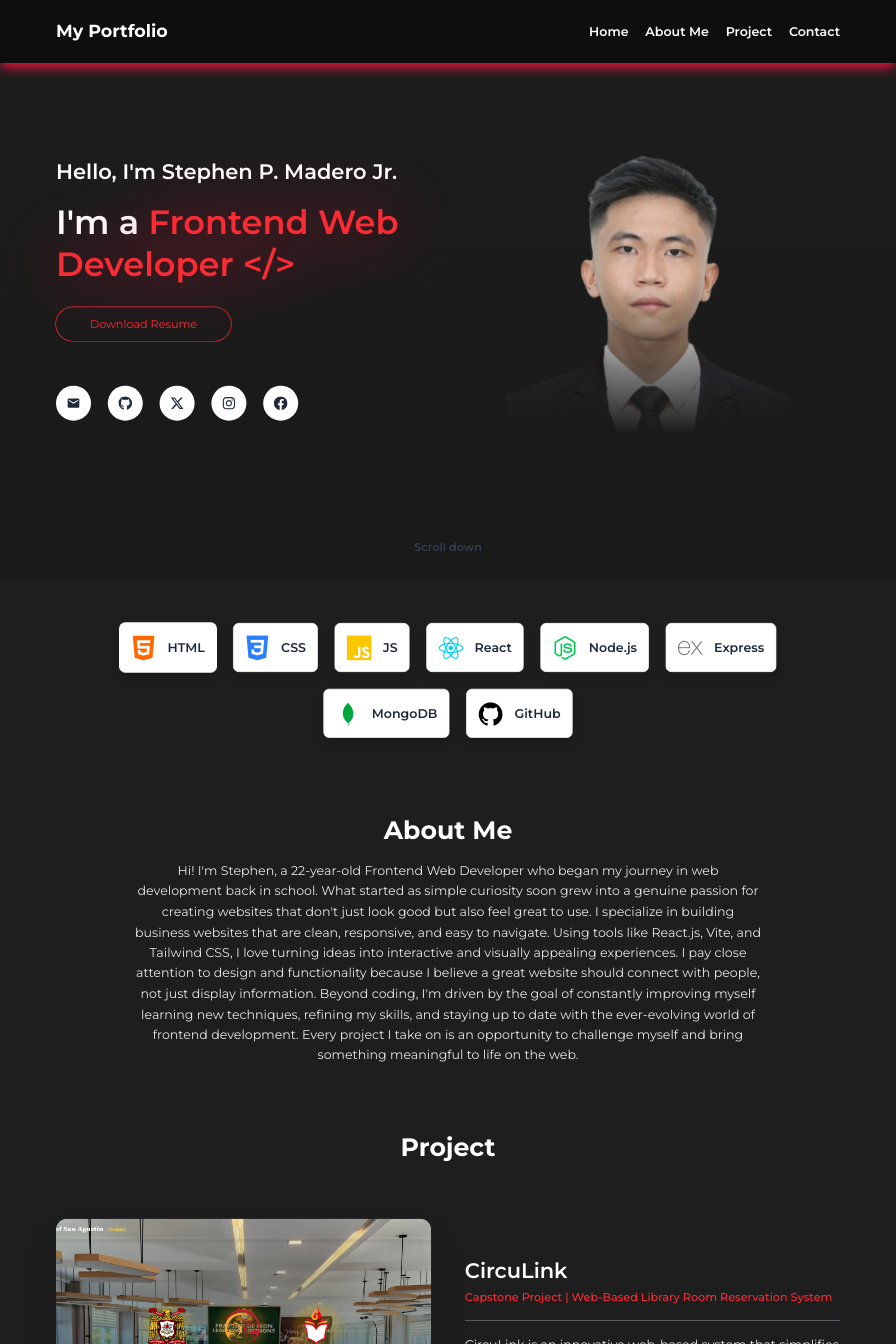
Repository: KaguyaKawaii/portfolio
Page: / (app in frontend/)
An editor plug-in stored every save of this project. The page is shown before and after the next save, followed by the edit.
The browser window is 1280 px wide. The pictures show the part of the page from y = 0 to 1920 px (the page is 2611 px tall), at 70% of full size.
Some web libraries are served in a nearby version. The project was rebuilt for these pictures with package versions that can differ from the ones it lists, and the page was loaded fresh each time. Also part of the build but not shown: frontend/vite.config.js.

Above is the page before, as saved 2025-10-30 14:01:08.

### frontend/src/main.jsx
import { StrictMode } from 'react'
import { createRoot } from 'react-dom/client'
import './index.css'
import App from './App.jsx'
import "devicon/devicon.min.css";



createRoot(document.getElementById('root')).render(
  <StrictMode>
    <App />
  </StrictMode>,
)

### frontend/src/index.css
/* ✅ 1️⃣ Google Fonts first */
@import url('https://fonts.googleapis.com/css2?family=Montserrat:wght@400;500;600;700&display=swap');

/* ✅ 2️⃣ Then Tailwind (only once) */
@import "tailwindcss";

/* ✅ 3️⃣ Optional: your own CSS rules */
body {
  font-family: 'Montserrat', sans-serif;
}

html {
  scroll-behavior: smooth;
}

### frontend/src/App.jsx
import { useState } from 'react'
import pic from './assets/image.png'
import project from './assets/project.png'
import project2 from './assets/project2.png'
import { FaGithub, FaInstagram, FaFacebook } from "react-icons/fa";
import { FaXTwitter } from "react-icons/fa6";
import { MdEmail } from "react-icons/md";


function App() {
  const [isMobileMenuOpen, setIsMobileMenuOpen] = useState(false);

  return (
    <>
      <header className='bg-[#0F0E0E] h-[70px] md:h-[90px] w-full shadow-lg shadow-[#dc143c] fixed top-0 z-50'>
        <div className='flex justify-between items-center h-full text-white px-4 md:px-8 lg:px-20'>
          <h1 className='font-bold font-montserrat text-[20px] md:text-[25px]'>My Portfolio</h1>

          {/* Desktop Navigation */}
          <div className='hidden md:flex font-montserrat gap-4 lg:gap-6 font-semibold text-[16px] lg:text-[18px]'>
            <button
              onClick={() => {
                document.getElementById("home").scrollIntoView({ behavior: 'smooth' });
              }}
              className="hover:text-red-500 duration-300 cursor-pointer"
            >
              <p>Home</p>
            </button>

            <button
              onClick={() => {
                document.getElementById("about").scrollIntoView({ behavior: 'smooth' });
              }}
              className="hover:text-red-500 duration-300 cursor-pointer"
            >
              <p>About Me</p>
            </button>

            <button
              onClick={() => {
                document.getElementById("project").scrollIntoView({ behavior: 'smooth' });
              }}
              className="hover:text-red-500 duration-300 cursor-pointer"
            >
              <p>Project</p>
            </button>

            <button
              onClick={() => {
                document.getElementById("contact").scrollIntoView({ behavior: 'smooth' });
              }}
              className="hover:text-red-500 duration-300 cursor-pointer"
            >
              <p>Contact</p>
            </button>
          </div>

          {/* Mobile Menu Button */}
          <div className='md:hidden'>
            <button
              className='text-white text-2xl'
              onClick={() => setIsMobileMenuOpen(!isMobileMenuOpen)}
            >
              ☰
            </button>
          </div>
        </div>

        {/* Mobile Menu */}
        {isMobileMenuOpen && (
          <div className='md:hidden bg-[#0F0E0E] absolute top-full left-0 w-full shadow-lg'>
            <div className='flex flex-col items-center py-4 gap-4 font-montserrat font-semibold'>
              <button
                onClick={() => {
                  document.getElementById("home").scrollIntoView({ behavior: 'smooth' });
                  setIsMobileMenuOpen(false);
                }}
                className="hover:text-red-500 text-white duration-300 cursor-pointer py-2"
              >
                <p>Home</p>
              </button>

              <button
                onClick={() => {
                  document.getElementById("about").scrollIntoView({ behavior: 'smooth' });
                  setIsMobileMenuOpen(false);
                }}
                className="hover:text-red-500 text-white duration-300 cursor-pointer py-2"
              >
                <p>About Me</p>
              </button>

              <button
                onClick={() => {
                  document.getElementById("project").scrollIntoView({ behavior: 'smooth' });
                  setIsMobileMenuOpen(false);
                }}
                className="hover:text-red-500 text-white duration-300 cursor-pointer py-2"
              >
                <p>Project</p>
              </button>

              <button
                onClick={() => {
                  document.getElementById("contact").scrollIntoView({ behavior: 'smooth' });
                  setIsMobileMenuOpen(false);
                }}
                className="hover:text-red-500 text-white duration-300 cursor-pointer py-2"
              >
                <p>Contact</p>
              </button>
            </div>
          </div>
        )}
      </header>

      <main className='bg-linear-180 from-[#1E1E1E] to-[#0F0E0E] min-h-screen text-white pt-[70px] md:pt-[90px]'>
        <div id='home' className='flex flex-col lg:flex-row justify-between items-center min-h-[90vh] px-4 md:px-8 lg:px-20 py-8 lg:py-0 gap-8 lg:gap-4'>
          <div className='text-center lg:text-left w-full lg:w-1/2'>
            <div className='text-xl md:text-2xl lg:text-3xl'>
              <h1 className='font-semibold'>Hello, I'm Stephen P. Madero Jr.</h1>
            </div>
            <div className='mt-4 md:mt-6 animate-fade-in'>
              <p className='font-semibold text-2xl md:text-4xl lg:text-5xl leading-tight'>
                I'm a <span className="drop-shadow-[0_0_50px_#dc143c] text-red-500 animate-pulse">Frontend Web Developer &lt;/&gt;</span>
              </p>

              <div className='my-6 md:my-8'>
                <button className='ring-1 ring-red-500 text-red-500 rounded-3xl w-full md:w-[250px] p-3 text-center hover:text-gray-800 hover:bg-white hover:ring-gray-800 transition-all duration-300 cursor-pointer hover:font-semibold mx-auto lg:mx-0'>
                  Download Resume
                </button>
              </div>

              <div className='flex justify-center lg:justify-start gap-4 md:gap-6 pt-4 md:pt-8'>
                {/* Email */}
                <a
                  href="mailto:stephenpatingomadero@gmail.com"
                  className="text-gray-800 hover:text-red-600 transition bg-white rounded-full p-3 w-[45px] h-[45px] md:w-[50px] md:h-[50px] text-lg md:text-xl flex justify-center items-center hover:scale-110"
                >
                  <MdEmail />
                </a>

                {/* GitHub */}
                <a
                  href="https://github.com/KaguyaKawaii"
                  target="_blank"
                  rel="noopener noreferrer"
                  className="text-gray-800 hover:text-red-600 transition bg-white rounded-full p-3 w-[45px] h-[45px] md:w-[50px] md:h-[50px] text-lg md:text-xl flex justify-center items-center hover:scale-110"
                >
                  <FaGithub />
                </a>

                {/* Twitter */}
                <a
                  href="https://x.com/callmekaguyaaa"
                  target="_blank"
                  rel="noopener noreferrer"
                  className="text-gray-800 hover:text-red-600 transition bg-white rounded-full p-3 w-[45px] h-[45px] md:w-[50px] md:h-[50px] text-lg md:text-xl flex justify-center items-center hover:scale-110"
                >
                  <FaXTwitter />
                </a>

                {/* Instagram */}
                <a
                  href="https://www.instagram.com/kaguya.kawaii/"
                  target="_blank"
                  rel="noopener noreferrer"
                  className="text-gray-800 hover:text-red-600 transition bg-white rounded-full p-3 w-[45px] h-[45px] md:w-[50px] md:h-[50px] text-lg md:text-xl flex justify-center items-center hover:scale-110"
                >
                  <FaInstagram />
                </a>

                {/* Facebook */}
                <a
                  href="#"
                  className="text-gray-800 hover:text-red-600 transition bg-white rounded-full p-3 w-[45px] h-[45px] md:w-[50px] md:h-[50px] text-lg md:text-xl flex justify-center items-center hover:scale-110"
                >
                  <FaFacebook />
                </a>
              </div>
            </div>
          </div>

          <div className='w-full lg:w-1/2 flex justify-center'>
            <div className='w-4/5 md:w-3/5 lg:w-4/5 xl:w-3/4'>
              <img
                src={pic}
                alt="profile"
                className="w-full h-auto object-cover rounded-4xl"
                style={{
                  maskImage: "linear-gradient(to bottom, black 50%, transparent 100%)",
                  WebkitMaskImage: "linear-gradient(to bottom, black 50%, transparent 100%)",
                }}
              />
            </div>
          </div>
        </div>

        <div className='flex justify-center items-center text-gray-700 text-sm md:text-base font-montserrat font-semibold animate-pulse w-full py-4 md:py-8'>
          Scroll down
        </div>

        {/* Skills Section */}
        <div className='w-full pt-8 md:pt-16 pb-8 md:pb-16 bg-[#1E1E1E] px-4 md:px-8 lg:px-20'>
          <div className='flex gap-3 md:gap-4 lg:gap-6 justify-center items-center min-h-[10vh] font-semibold text-lg md:text-2xl lg:text-3xl text-white'>
            <div className="flex flex-wrap gap-3 md:gap-4 lg:gap-6 justify-center">
              <div className="flex flex-wrap gap-3 md:gap-4 lg:gap-6 justify-center text-white">
                {/* HTML5 */}
                <div className="flex items-center hover:scale-110 transition-all ring-1 hover:ring-red-100 rounded-lg p-2 md:p-3 lg:p-4 gap-2 md:gap-3 lg:gap-4 bg-white shadow-lg hover:shadow-red-500 duration-500">
                  <i className="devicon-html5-plain text-orange-500 text-2xl md:text-3xl lg:text-4xl"></i>
                  <p className='text-sm md:text-base lg:text-lg text-gray-800 font-semibold'>HTML</p>
                </div>

                {/* CSS3 */}
                <div className="flex items-center hover:scale-110 transition-transform border rounded-lg p-2 md:p-3 lg:p-4 gap-2 md:gap-3 lg:gap-4 bg-white shadow-lg hover:shadow-red-500 duration-500">
                  <i className="devicon-css3-plain text-blue-500 text-2xl md:text-3xl lg:text-4xl"></i>
                  <p className='text-sm md:text-base lg:text-lg text-gray-800 font-semibold'>CSS</p>
                </div>

                {/* JavaScript */}
                <div className="flex items-center hover:scale-110 transition-transform border rounded-lg p-2 md:p-3 lg:p-4 gap-2 md:gap-3 lg:gap-4 bg-white shadow-lg hover:shadow-red-500 duration-500">
                  <i className="devicon-javascript-plain text-yellow-400 text-2xl md:text-3xl lg:text-4xl"></i>
                  <p className='text-sm md:text-base lg:text-lg text-gray-800 font-semibold'>JS</p>
                </div>

                {/* React.js */}
                <div className="flex items-center hover:scale-110 transition-transform border rounded-lg p-2 md:p-3 lg:p-4 gap-2 md:gap-3 lg:gap-4 bg-white shadow-lg hover:shadow-red-500 duration-500">
                  <i className="devicon-react-original text-cyan-400 text-2xl md:text-3xl lg:text-4xl"></i>
                  <p className='text-sm md:text-base lg:text-lg text-gray-800 font-semibold'>React</p>
                </div>

                {/* Node.js */}
                <div className="flex items-center hover:scale-110 transition-transform border rounded-lg p-2 md:p-3 lg:p-4 gap-2 md:gap-3 lg:gap-4 bg-white shadow-lg hover:shadow-red-500 duration-500">
                  <i className="devicon-nodejs-plain text-green-500 text-2xl md:text-3xl lg:text-4xl"></i>
                  <p className='text-sm md:text-base lg:text-lg text-gray-800 font-semibold'>Node.js</p>
                </div>

                {/* Express.js */}
                <div className="flex items-center hover:scale-110 transition-transform border rounded-lg p-2 md:p-3 lg:p-4 gap-2 md:gap-3 lg:gap-4 bg-white shadow-lg hover:shadow-red-500 duration-500">
                  <i className="devicon-express-original text-gray-500 text-2xl md:text-3xl lg:text-4xl"></i>
                  <p className='text-sm md:text-base lg:text-lg text-gray-800 font-semibold'>Express</p>
                </div>

                {/* MongoDB */}
                <div className="flex items-center hover:scale-110 transition-transform border rounded-lg p-2 md:p-3 lg:p-4 gap-2 md:gap-3 lg:gap-4 bg-white shadow-lg hover:shadow-red-500 duration-500">
                  <i className="devicon-mongodb-plain text-green-600 text-2xl md:text-3xl lg:text-4xl"></i>
                  <p className='text-sm md:text-base lg:text-lg text-gray-800 font-semibold'>MongoDB</p>
                </div>

                {/* GitHub */}
                <div className="flex items-center hover:scale-110 transition-transform border rounded-lg p-2 md:p-3 lg:p-4 gap-2 md:gap-3 lg:gap-4 bg-white shadow-lg hover:shadow-red-500 duration-500">
                  <i className="devicon-github-original text-black text-2xl md:text-3xl lg:text-4xl"></i>
                  <p className='text-sm md:text-base lg:text-lg text-gray-800 font-semibold'>GitHub</p>
                </div>
              </div>
            </div>
          </div>
        </div>

        {/* About Section */}
        <div id='about' className='w-full pt-8 md:pt-12 pb-8 md:pb-12 bg-[#1E1E1E] px-4 md:px-8 lg:px-20'>
          <h1 className='text-white font-montserrat text-2xl md:text-3xl lg:text-4xl font-bold text-center'>About Me</h1>
          <p className='text-gray-200 font-montserrat text-center mt-4 md:mt-6 mx-auto leading-relaxed text-sm md:text-base lg:text-lg max-w-4xl'>
            Hi! I'm Stephen, a 22-year-old Frontend Web Developer who began my journey in web development back in school. What started as simple curiosity soon grew into a genuine passion for creating websites that don't just look good but also feel great to use.

            I specialize in building business websites that are clean, responsive, and easy to navigate. Using tools like React.js, Vite, and Tailwind CSS, I love turning ideas into interactive and visually appealing experiences. I pay close attention to design and functionality because I believe a great website should connect with people, not just display information.

            Beyond coding, I'm driven by the goal of constantly improving myself learning new techniques, refining my skills, and staying up to date with the ever-evolving world of frontend development. Every project I take on is an opportunity to challenge myself and bring something meaningful to life on the web.
          </p>
        </div>

        {/* Project Section */}
        <div id='project' className='w-full pt-8 md:pt-12 pb-8 md:pb-12 bg-[#1E1E1E] px-4 md:px-8 lg:px-20'>
          <h1 className='text-white font-montserrat text-2xl md:text-3xl lg:text-4xl font-bold text-center'>Project</h1>

          <div className='flex flex-col mt-6 md:mt-8'>
            <div className='flex flex-col lg:flex-row items-center justify-between min-h-[400px] md:min-h-[500px] gap-6 md:gap-8 lg:gap-12'>

              <div className='w-full lg:w-1/2'>
                <a className='block' href="https://circulink-beta-testing.vercel.app/" target="_blank" rel="noopener noreferrer">
                  <img
                    src={project}
                    className='rounded-2xl shadow-2xl hover:shadow-red-800 transition-all duration-500 hover:scale-105 w-full h-[250px] md:h-[350px] lg:h-[400px] object-cover'
                    alt="CircuLink Project"
                  />
                </a>
              </div>

              <div className='text-center lg:text-left w-full lg:w-1/2'>
                <h1 className='text-xl md:text-2xl lg:text-3xl font-semibold'>CircuLink</h1>
                <p className="text-red-500 font-medium text-sm md:text-base mt-2">Capstone Project | Web-Based Library Room Reservation System</p>
                <div className='border-b my-4 md:my-5 border-gray-500'></div>
                <p className="text-gray-200 text-sm md:text-base lg:text-lg leading-relaxed">
                  CircuLink is an innovative web-based system that simplifies how library rooms are reserved and managed.
                  Built with a focus on accessibility and efficiency, it enables students and faculty to book rooms effortlessly,
                  view real-time schedules, and receive instant updates ensuring a smooth and organized reservation experience for everyone.
                </p>
              </div>
            </div>
          </div>
        </div>

        {/* Contact Section */}
        <div id="contact" className="min-h-[40vh] flex flex-col items-center justify-center bg-[#0F0E0E] text-white text-center px-4 md:px-8 py-12 md:py-16">
          <h2 className="text-xl md:text-2xl lg:text-3xl font-bold mb-6 md:mb-8">Contact Me</h2>
          <div className='flex flex-wrap justify-center gap-3 md:gap-4 lg:gap-6 mb-6 md:mb-8'>
            <button
              onClick={() => {
                document.getElementById("home").scrollIntoView({ behavior: 'smooth' });
              }}
              className="hover:text-red-500 duration-300 cursor-pointer text-sm md:text-base"
            >
              <p>Home</p>
            </button>

            <button
              onClick={() => {
                document.getElementById("about").scrollIntoView({ behavior: 'smooth' });
              }}
              className="hover:text-red-500 duration-300 cursor-pointer text-sm md:text-base"
            >
              <p>About Me</p>
            </button>

            <button
              onClick={() => {
                document.getElementById("project").scrollIntoView({ behavior: 'smooth' });
              }}
              className="hover:text-red-500 duration-300 cursor-pointer text-sm md:text-base"
            >
              <p>Project</p>
            </button>

            <button
              onClick={() => {
                document.getElementById("contact").scrollIntoView({ behavior: 'smooth' });
              }}
              className="hover:text-red-500 duration-300 cursor-pointer text-sm md:text-base"
            >
              <p>Contact</p>
            </button>
          </div>

          <div className="flex justify-center gap-4 md:gap-6 text-xl md:text-2xl lg:text-3xl mb-6 md:mb-8">
            <a
              href="mailto:stephenpatingomadero@gmail.com"
              className="hover:text-[#dc143c] transition hover:scale-110"
            >
              <MdEmail />
            </a>

            <a
              href="https://github.com/KaguyaKawaii"
              target="_blank"
              rel="noopener noreferrer"
              className="hover:text-[#dc143c] transition hover:scale-110"
            >
              <FaGithub />
            </a>

            <a
              href="https://x.com/callmekaguyaaa"
              target="_blank"
              rel="noopener noreferrer"
              className="hover:text-[#dc143c] transition hover:scale-110"
            >
              <FaXTwitter />
            </a>

            <a
              href="https://www.instagram.com/kaguya.kawaii/"
              target="_blank"
              rel="noopener noreferrer"
              className="hover:text-[#dc143c] transition hover:scale-110"
            >
              <FaInstagram />
            </a>

            <a
              href="#"
              target="_blank"
              rel="noopener noreferrer"
              className="hover:text-[#dc143c] transition hover:scale-110"
            >
              <FaFacebook />
            </a>
          </div>

          <div className='border-t-2 w-full border-gray-900 pt-6 md:pt-8'>
            <p className="text-gray-500 text-sm md:text-base">© 2025 Stephen P. Madero Jr. All rights reserved.</p>
          </div>
        </div>
      </main>
    </>
  )
}

export default App

Loaded but not shown: frontend/index.html (common file)

After the next save:
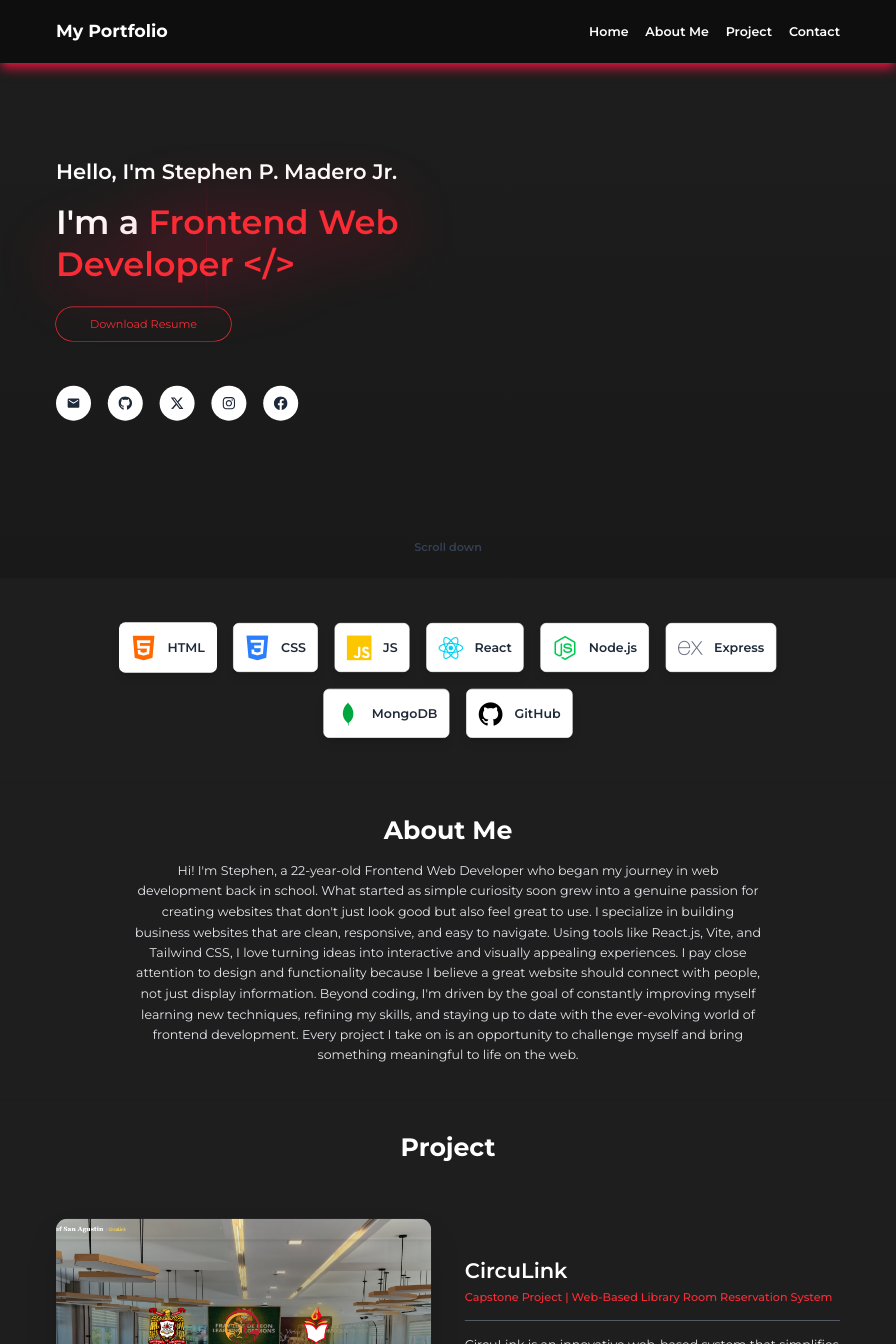
Saved 18 s later.
--- a/frontend/src/App.jsx
+++ b/frontend/src/App.jsx
@@ -181,19 +181,7 @@
             </div>
           </div>
 
-          <div className='w-full lg:w-1/2 flex justify-center'>
-            <div className='w-4/5 md:w-3/5 lg:w-4/5 xl:w-3/4'>
-              <img
-                src={pic}
-                alt="profile"
-                className="w-full h-auto object-cover rounded-4xl"
-                style={{
-                  maskImage: "linear-gradient(to bottom, black 50%, transparent 100%)",
-                  WebkitMaskImage: "linear-gradient(to bottom, black 50%, transparent 100%)",
-                }}
-              />
-            </div>
-          </div>
+
         </div>
 
         <div className='flex justify-center items-center text-gray-700 text-sm md:text-base font-montserrat font-semibold animate-pulse w-full py-4 md:py-8'>
